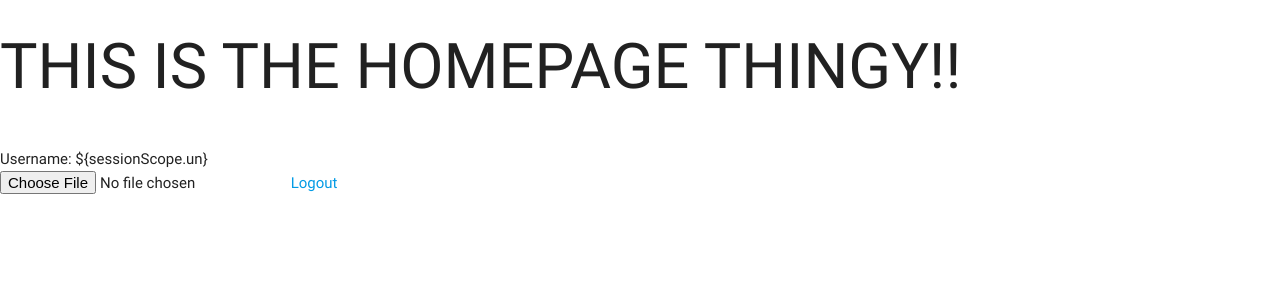
Repository: claudesedillo/WEBAPDE-MP2
Page: MP2 Workplace/WEBAPDE-MP2Q/WebContent/mainfeed.html
The author's editor kept a copy of each file at every save. The page is drawn from the files as they stood at one save, then again after the next save.
The browser window is 1280 px wide. The pictures show the whole page.

Above is the page before, as saved 2017-07-26 15:26:14.

### MP2 Workplace/WEBAPDE-MP2Q/WebContent/mainfeed.html
<html>
    <head>
         <!--Import Google Icon Font-->
        <link href="https://fonts.googleapis.com/icon?family=Material+Icons" rel="stylesheet">

        <!--Import materialize.css-->
        <link rel="stylesheet" type="text/css" href="materialize/css/materialize.css">
        <link rel="stylesheet" type="text/css" href="materialize/css/materialize.min.css">
        <link href="https://fonts.googleapis.com/icon?family=Material+Icons" rel="stylesheet">


      <!--Let browser know website is optimized for mobile-->
      <meta name="viewport" content="width=device-width, initial-scale=1.0"/>


    </head>

    <body>

    		<h1>THIS IS THE HOMEPAGE THINGY!!</h1> <br>
			Username: ${sessionScope.un} <br>

			<input type="file">

			<a href="logout">Logout</a>

    </body>


</html>

Loaded but not shown: MP2 Workplace/WEBAPDE-MP2Q/WebContent/materialize/css/materialize.css (library); MP2 Workplace/WEBAPDE-MP2Q/WebContent/materialize/css/materialize.min.css (library)

After the next save:
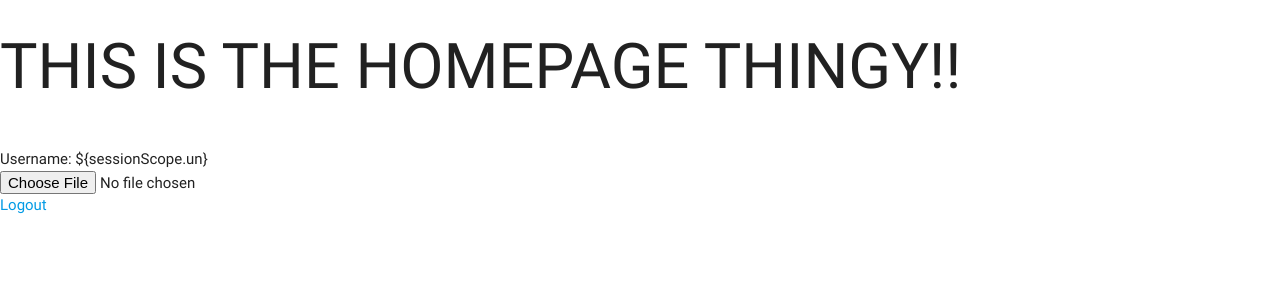
Saved 6 s later.
--- a/MP2 Workplace/WEBAPDE-MP2Q/WebContent/mainfeed.html
+++ b/MP2 Workplace/WEBAPDE-MP2Q/WebContent/mainfeed.html
@@ -20,7 +20,7 @@
     		<h1>THIS IS THE HOMEPAGE THINGY!!</h1> <br>
 			Username: ${sessionScope.un} <br>
 
-			<input type="file">
+			<input type="file"><br>
 
 			<a href="logout">Logout</a>
 
